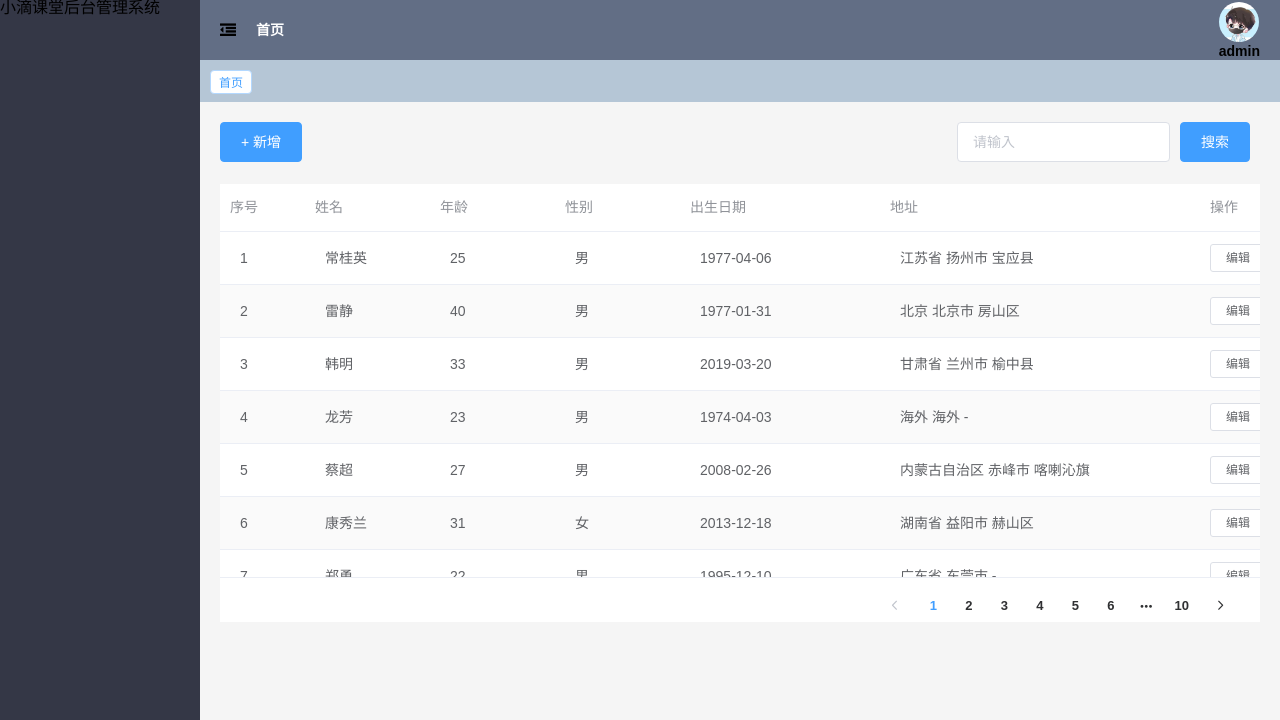
Repository: coWhy/vue-manage
Page: /#/user
These files come from the project's save history. The page is drawn as it stood at one moment and after the next save; the edit follows.
The browser window is 1280 px wide. The pictures show the whole page.
The project was rebuilt for these pictures with package versions that can differ from the ones it lists, and the page was loaded fresh each time. Also part of the build but not shown: vue.config.js.

Above is the page before, as saved 2020-04-14 04:28:39.

After the next save:
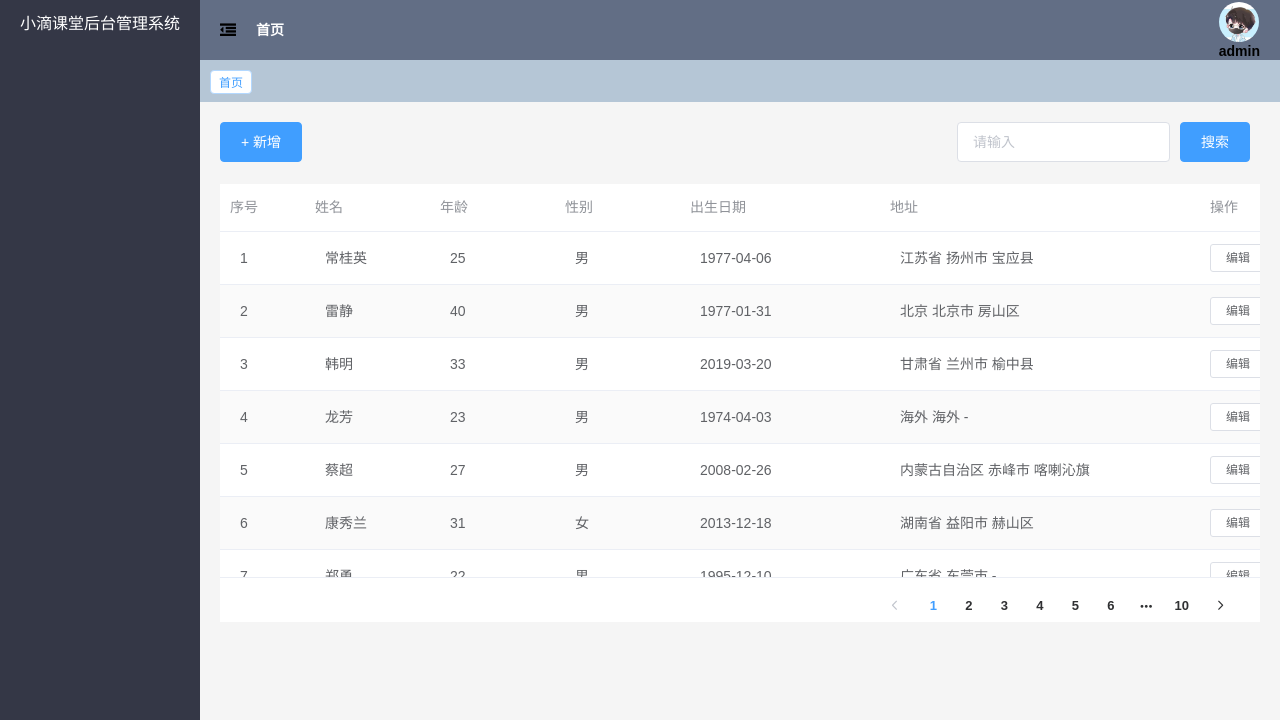
Saved 6 s later.
--- a/src/views/layout/components/aside/index.vue
+++ b/src/views/layout/components/aside/index.vue
@@ -137,6 +137,11 @@ export default {
   // 菜单占满容器
   height: 100%;
   border: none;
+  h3 {
+    color: #ffffff;
+    text-align: center;
+    line-height: 48px;
+  }
 }
 // 折叠样式
 .el-menu-vertical-demo:not(.el-menu--collapse) {
